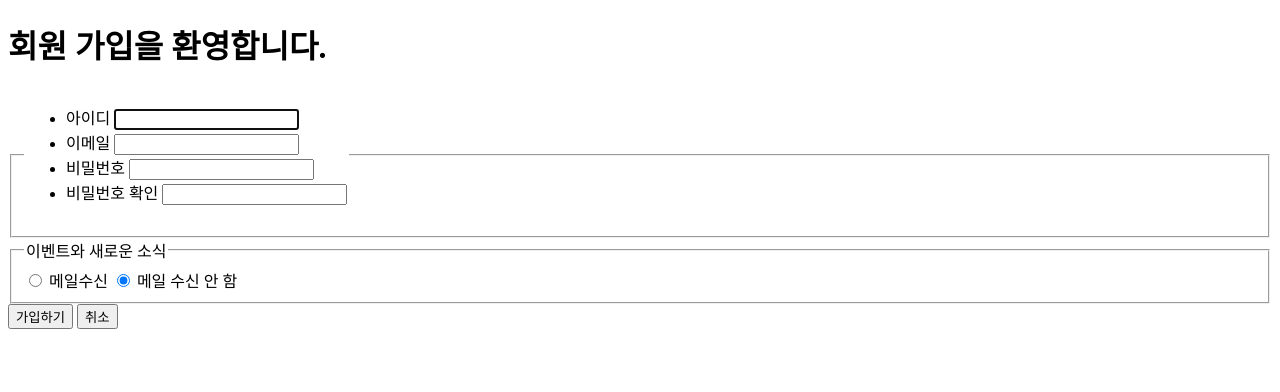
Repository: claddds/2023_webstudy
Page: 01_html/src/main/webapp/day04/ex03_test01_an.html
These files come from the project's save history. The page is drawn as it stood at one moment and after the next save; the edit follows.
The browser window is 1280 px wide. The pictures show the whole page.

Above is the page before, as saved 2023-06-22 05:37:16.

### 01_html/src/main/webapp/day04/ex03_test01_an.html
<!DOCTYPE html>
<html>
<head>
<meta charset="UTF-8">
<title>Insert title here</title>
</head>
<body>
	<h1>회원 가입을 환영합니다.</h1>
	<form>
		<fieldset>
			<legend>
				<ul>
					<li>
						<label for="uid">아이디</label>
						<input type="text" id="uid" name="id" required autofocus>
					</li>
					<li>
						<label for="umail">이메일</label>
						<input type="text" id="umail" name="mail">
					</li>
					<li>
						<label for="upwd1">비밀번호</label>
						<input type="password" id="upwd1" name="pwd1">
					</li>
					<li>
						<label for="upwd2">비밀번호 확인</label>
						<input type="password" id="upwd2" name="pwd2">
					</li>
				</ul>
			</legend>
		</fieldset>
		<fieldset>
			<legend>이벤트와 새로운 소식</legend>
			<input type="radio" name="mailing" id="mailing" value="1">
			<label for="mailing_y">메일수신</label>
			<input type="radio" name="mailing" id="mailing" value="2" checked>
			<label for="mailing_n">메일 수신 안 함</label>
		</fieldset>
		<input type="submit" value="가입하기">
		<input type="reset" value="취소">
	</form>
</body>
</html>

After the next save:
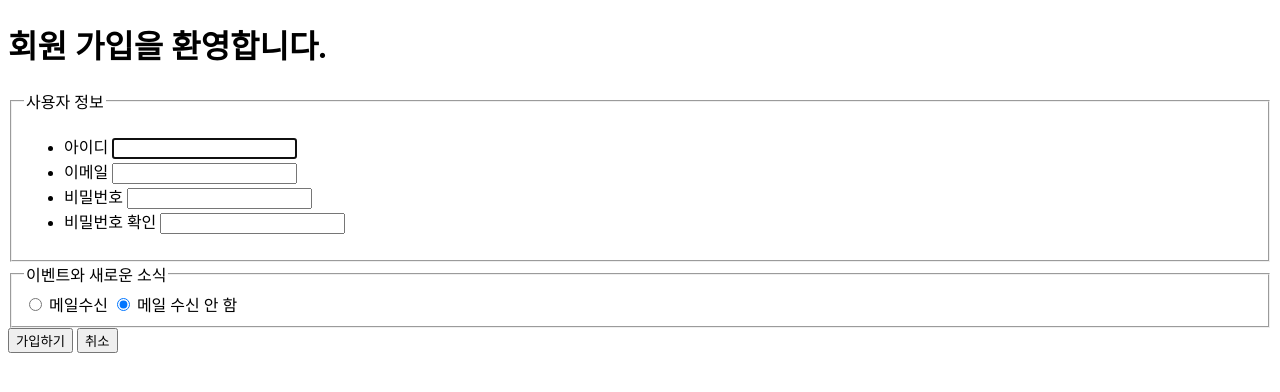
Saved 42 s later.
--- a/01_html/src/main/webapp/day04/ex03_test01_an.html
+++ b/01_html/src/main/webapp/day04/ex03_test01_an.html
@@ -8,7 +8,7 @@
 	<h1>회원 가입을 환영합니다.</h1>
 	<form>
 		<fieldset>
-			<legend>
+			<legend>사용자 정보</legend>
 				<ul>
 					<li>
 						<label for="uid">아이디</label>
@@ -27,7 +27,6 @@
 						<input type="password" id="upwd2" name="pwd2">
 					</li>
 				</ul>
-			</legend>
 		</fieldset>
 		<fieldset>
 			<legend>이벤트와 새로운 소식</legend>
